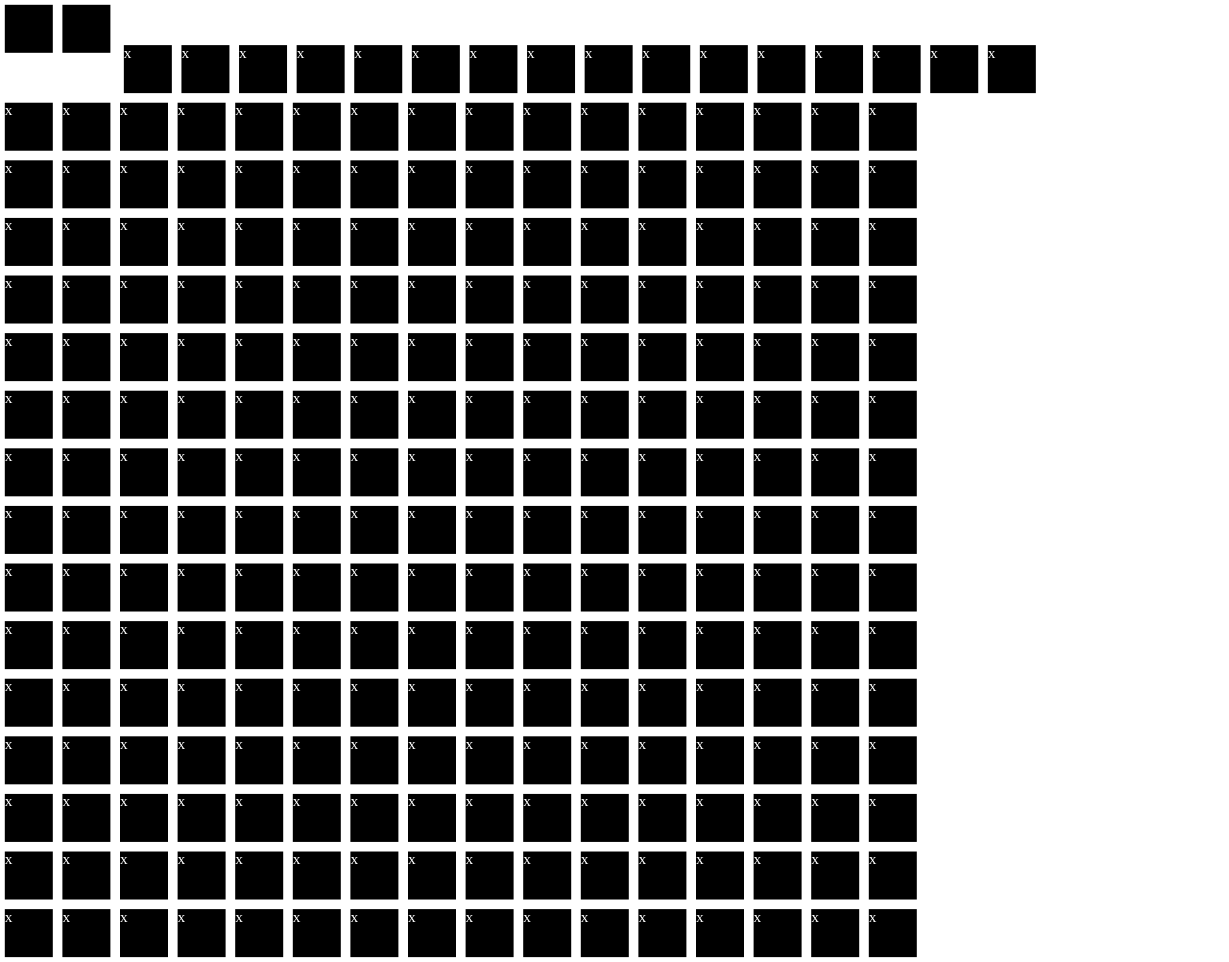
Repository: sokafootball/etch-a-sketc
Page: index.html
These files come from the project's save history. The page is drawn as it stood at one moment and after the next save; the edit follows.
The browser window is 1280 px wide. The pictures show the whole page, at 96% of full size.

Above is the page before, as saved 2020-04-16 19:31:16.

### index.html
<html>
<head>
  <link rel="stylesheet" type="text/css" href="reset.css">
  <link rel="stylesheet" type="text/css" href="style.css">
</head>
<body>
<div id="grid-div">
  <div class="cell"></div><div class="cell"></div>
</div>
<script type="text/javascript" src="script.js"></script>
</body>
</html>

### style.css
.cell {
  height: 50px;
  display: inline-block;
  background-color: black;
  color: white;
  width: 50px;
  margin: 5px;
}

### script.js
const grid = document.querySelector(`#grid-div`)
for(let i = 1; i <= 16; i++){
  for(let j = 1; j <= 16; j++){
    const cell = document.createElement(`div`)
    cell.classList.add(`cell`)
    cell.innerText = `x`
    grid.appendChild( cell)
  }
  const br = document.createElement(`br`)
  grid.appendChild(br)
}

Loaded but not shown: reset.css (common file)

After the next save:
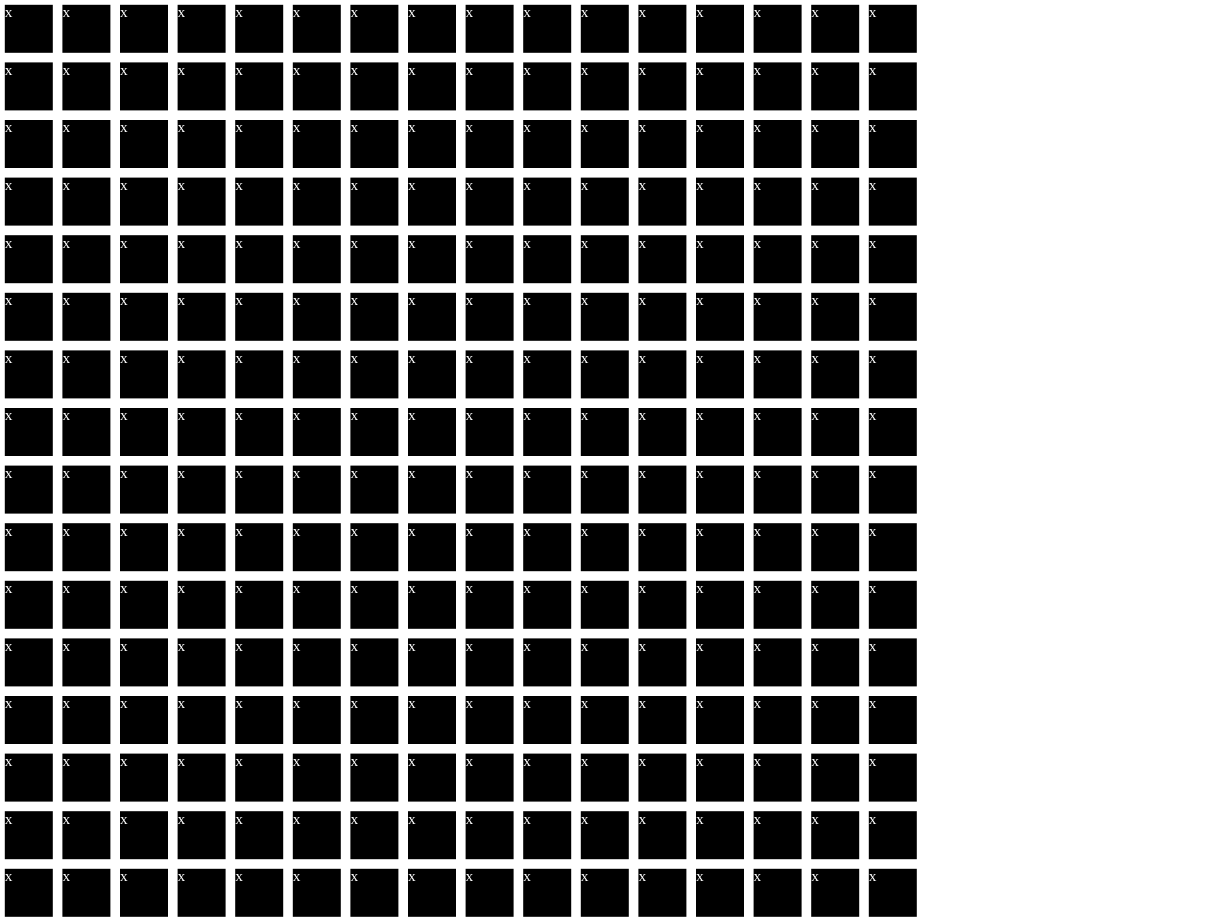
Saved 13 s later.
--- a/index.html
+++ b/index.html
@@ -5,7 +5,6 @@
 </head>
 <body>
 <div id="grid-div">
-  <div class="cell"></div><div class="cell"></div>
 </div>
 <script type="text/javascript" src="script.js"></script>
 </body>
